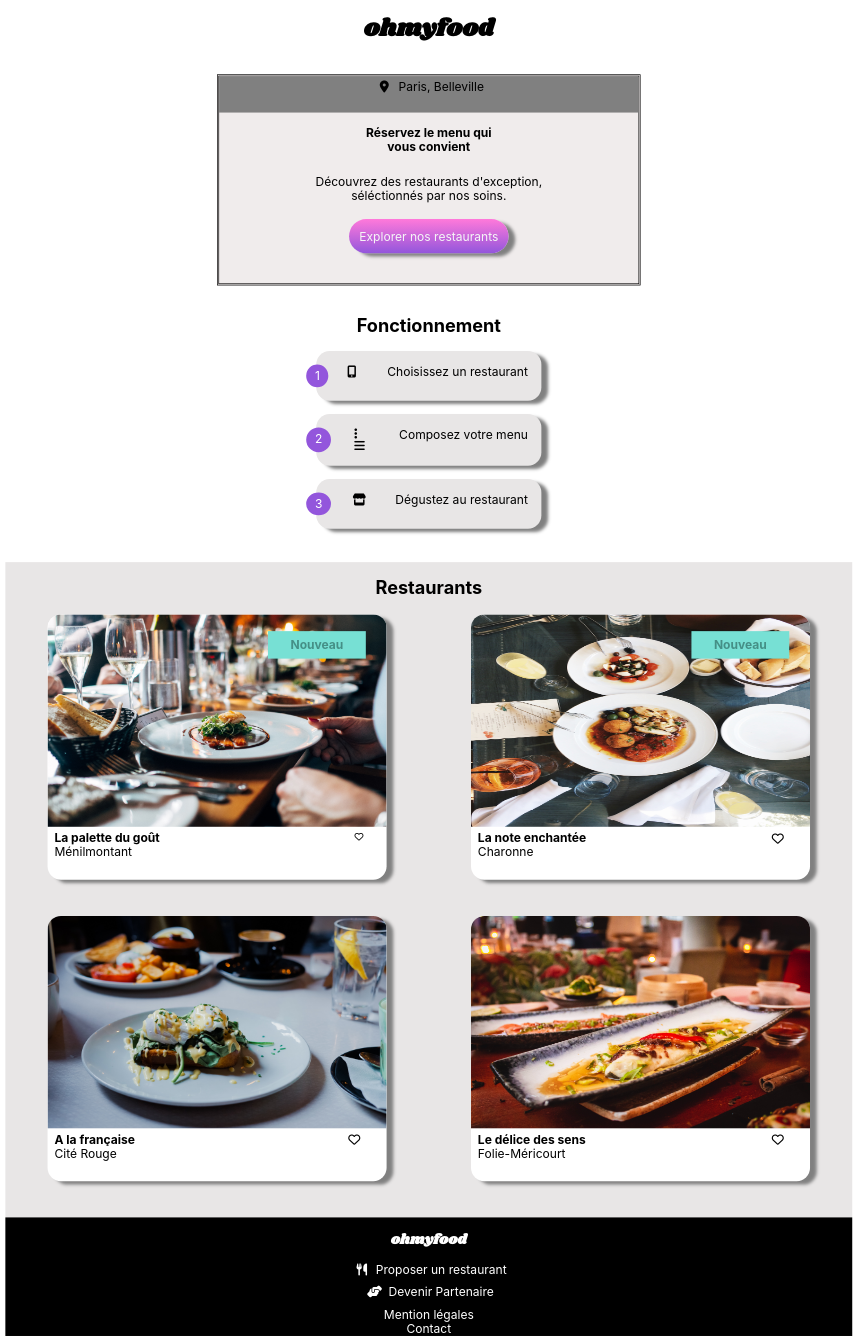
Repository: yacinebouk/ohmyfood
Page: index.html
These files come from the project's save history. The page is drawn as it stood at one moment and after the next save; the edit follows.
The browser window is 1280 px wide. The pictures show the whole page, at 67% of full size.
Some web libraries are served in a nearby version. The style sheet was rebuilt from its Sass, Less or Tailwind sources for each picture, by a compiler version that may differ from the author's.

Above is the page before, as saved 2022-07-07 17:09:07.

### index.html
<!DOCTYPE html>
<html lang="fr">

<head>
    <script src="https://kit.fontawesome.com/225bbe1e2d.js" crossorigin="anonymous"></script>
    <meta charset="utf-8" />
    <title>ohmyfood</title>
    <link rel="stylesheet" href="css/styles.css" />
    <meta name="viewport" content="width=device-width, initial-scale=1">

</head>

<body>
    <div class="hide">
        <div class="loader"></div>
    </div>
    <main>
        <header>
            <h1 class="Tittle">ohmyfood</h1>
            <div class="search">
                <div class="town"> <span><i class="fa-solid fa-location-dot"></i></span> Paris, Belleville</div>
                <div class="reservation"> <b> Réservez le menu qui <br> vous convient</b> </div>
                <div class="discover">Découvrez des restaurants d'exception, <br> séléctionnés par nos soins.</div>
                <div class="explore">
                    <span class="explore-text">Explorer nos restaurants</span>
                </div>
            </div>
        </header>
        <section class="section-working">
            <div class="working">
                <h2>Fonctionnement</h2>
                <div class="choose">
                    <div class="number">1</div>
                    <div class="logo-work"> <i class="fa-solid fa-mobile-screen-button"></i></div>
                    <div class="text-work"> Choisissez un restaurant</div>
                </div>
                <div class="compose">
                    <div class="number">2</div>
                    <div class="logo-work"><i class="fa-solid fa-ellipsis-vertical"><i class="fa-solid fa-bars"></i></i>
                    </div>
                    <div class="text-work"> Composez votre menu</div>
                </div>
                <div class="taste">
                    <div class="number">3</div>
                    <div class="logo-work"><i class="fa-solid fa-store"></i>
                    </div>
                    <div class="text-work"> Dégustez au restaurant</div>
                </div>
            </div>
        </section>
        <section class="section-restaurant">
            <div class="restaurant">
                <h2>Restaurants</h2>
                <div class="block-restaurant">
                    <div class="border-restaurant">
                        <div class="block-picture">
                            <div class="new"><b>Nouveau</b></div>
                            <div class="picture-restaurant"> <img src="./images/restaurants/jay-wennington-N_Y88TWmGwA-unsplash.jpg" style="height:100%;width: 100%" alt="Ohmyfood"></div>
                        </div>
                        <div class="block-text">
                            <div class="text">
                                <a href="./palette.html">
                                    <div class="title-restaurant"><b> La palette du goût</b>
                                    </div>
                                    <div class="place-restaurant"> Ménilmontant</div>
                                </a>
                            </div>
                            <div class="heart">
                                <button>
                                <span class="heart-regular"><i class="fa-regular fa-heart"></i></span>
                                <span class="heart-solid"><i class="fa-solid fa-heart"></i></span>
                                </button>
                            </div>
                        </div>
                    </div>
                    <div class="border-restaurant">
                        <div class="block-picture">
                            <div class="new"><b>Nouveau</b></div>
                            <div class="picture-restaurant"> <img src="./images/restaurants/stil-u2Lp8tXIcjw-unsplash.jpg" style="height:100%;width: 100%" alt="Ohmyfood"></div>
                        </div>
                        <div class="block-text">
                            <div class="text">
                                <a href="./noteenchanté.html">
                                    <div class="title-restaurant"><b> La note enchantée</b>
                                    </div>
                                    <div class="place-restaurant"> Charonne</div>
                                </a>
                            </div>
                            <div class="heart">
                                <span class="heart-regular"><i class="fa-regular fa-heart"></i></span>
                                <span class="heart-solid"><i class="fa-solid fa-heart"></i></span>
                            </div>
                        </div>
                    </div>
                    <div class="border-restaurant">
                        <div class="block-picture">
                            <div class="picture-restaurant"> <img src="./images/restaurants/toa-heftiba-DQKerTsQwi0-unsplash.jpg" style="height:100%;width: 100%" alt="Ohmyfood"></div>
                        </div>
                        <div class="block-text">
                            <div class="text">
                                <a href="./francaise.html">
                                    <div class="title-restaurant"><b>A la française</b>
                                    </div>
                                    <div class="place-restaurant"> Cité Rouge</div>
                                </a>
                            </div>
                            <div class="heart">
                                <span class="heart-regular"><i class="fa-regular fa-heart"></i></span>
                                <span class="heart-solid"><i class="fa-solid fa-heart"></i></span>
                            </div>
                        </div>
                    </div>
                    <div class="border-restaurant">
                        <div class="block-picture">
                            <div class="picture-restaurant"> <img src="./images/restaurants/louis-hansel-shotsoflouis-qNBGVyOCY8Q-unsplash.jpg" style="height:100%;width: 100%" alt="Ohmyfood"></div>
                        </div>
                        <div class="block-text">
                            <div class="text">
                                <a href="./ledélice.html">
                                    <div class="title-restaurant"><b>Le délice des sens</b></div>
                                    <div class="place-restaurant">Folie-Méricourt</div>
                                </a>
                            </div>
                            <div class="heart">
                                <span class="heart-regular"><i class="fa-regular fa-heart"></i></span>
                                <span class="heart-solid"><i class="fa-solid fa-heart"></i></span>
                            </div>
                        </div>
                    </div>
                </div>
            </div>
        </section>
        <footer>
            <div class="frame-end">
                <h3 class="little-tittle">ohmyfood </h3>
                <div class="end">
                    <div class="propose"> <i class="fa-solid fa-utensils"></i> Proposer un restaurant</div>
                    <div class="partner"> <i class="fa-solid fa-handshake-angle"></i> Devenir Partenaire</div>
                    <div class="mention">Mention légales</div>
                    <div class="contact">
                        <a href="mailto:yacineboukhari@hotmail.com">Contact</a></div>
                </div>
            </div>
        </footer>
    </main>
</body>

### style/styles.scss
main {
    font-size: 18px;
    font-family: -apple-system, BlinkMacSystemFont, 'Segoe UI', Roboto, Oxygen, Ubuntu, Cantarell, 'Open Sans', 'Helvetica Neue', sans-serif;
}

@font-face {
    font-family: 'Shrikhand';
    src: url('../language/Shrikhand-Regular.otf');
}

h1 {
    font-family: 'Shrikhand';
}

h3 {
    font-family: 'Shrikhand';
}

h2 {
    text-align: center;
}

header {
    text-align: center;
}

@mixin shadow {
    box-shadow: grey 10px 5px 5px;
}

@mixin block {
    display: flex;
    flex-direction: row;
    justify-content: space-between;
    padding-bottom: 40px;
    @include shadow;
    background-color: rgb(232, 230, 230);
    border-radius: 20px 20px;
    padding: 20px 20px 20px 0px;
    width: 25%;
    margin: auto;
}

.logo-img {
    padding-bottom: 20px;
}

.search {
    border: double;
    margin-left: 25%;
    margin-right: 25%;
    background-color: rgb(240, 236, 236);
    padding-bottom: 20px;
}

.town {
    padding-bottom: 15px;
    border-bottom: lightgray 2px;
    padding-top: 5px;
    background-color: grey;
}

.reservation {
    padding-top: 20px;
    padding-bottom: 30px
}

.discover {
    padding-bottom: 40px;
}

.explore {
    padding-bottom: 40px;
}

.explore span {
    @include shadow;
    background: linear-gradient(#FF79DA, #9356DC);
    border-radius: 50px 50px;
    padding: 15px;
    color: #f6f6f6;
}

.working {
    padding-top: 20px;
    display: flex;
    justify-content: center;
    flex-direction: column;
}

.number {
    border: #9356DC solid;
    border-radius: 50%;
    background-color: #9356DC;
    padding: 3px 10px 3px 10px;
    color: white;
    margin-left: -15px;
}

.choose {
    @include block;
    margin-bottom: 20px;
    &:hover {
        .logo-work {
            color: #9356DC;
        }
        background-color: #d8cee4;
    }
}

.compose {
    @include block;
    margin-bottom: 20px;
    &:hover {
        .logo-work {
            color: #9356DC;
        }
        background-color: #d8cee4;
    }
}

.taste {
    @include block;
    margin-bottom: 50px;
    &:hover {
        .logo-work {
            color: #9356DC;
        }
        background-color: #d8cee4;
    }
}

.section-restaurant {
    display: flex;
    flex-direction: column;
    background-color: rgb(232, 230, 230);
}

h1 {
    text-align: center;
    padding-bottom: 20px;
}

.block-restaurant {
    display: flex;
    flex-wrap: wrap;
    height: 900px;
    width: 100%;
    justify-content: space-around;
}

.border-restaurant {
    width: 40%;
    height: 44%;
    overflow: hidden;
    @include shadow;
    background-color: white;
    border-radius: 20px 20px;
}

.picture-restaurant {
    height: 80%;
}

.text {
    padding-left: 10px;
    display: flex;
    flex-direction: column;
    width: 100%;
}

.text a {
    text-decoration: none black;
    color: black;
}

.block-text {
    display: flex;
    place-items: flex-end;
    justify-content: space-between;
}

//
.heart {
    height: 100%;
    width: 100px;
    margin-bottom: auto;
    min-height: 48px;
    display: flex;
    justify-content: center;
    align-items: center;
    cursor: pointer;
    button {
        width: 100%;
        height: 100%;
        background-color: transparent;
        background-repeat: no-repeat;
        display: flex;
        justify-content: center;
        align-items: center;
        cursor: pointer;
        border: none;
        cursor: pointer;
        overflow: hidden;
        outline: none;
        &:focus {
            .heart-solid {
                animation: 3s colorin;
                display: flex;
            }
            .heart-regular {
                display: none;
            }
        }
    }
}

.heart-solid {
    display: none;
    font-weight: 900;
    background-clip: text;
    -webkit-background-clip: text;
    -moz-background-clip: text;
    background-image: linear-gradient(#9356DC, #FF79DA);
    -webkit-text-fill-color: transparent;
}

i {
    width: 32px;
    height: 32px;
}

@keyframes colorin {
    0% {
        visibility: hidden;
        opacity: 0;
    }
    100% {
        visibility: visible;
        opacity: 1;
    }
}

//
@keyframes fadeIn {
    0% {
        visibility: visible;
        opacity: 1;
    }
    100% {
        visibility: hidden;
        opacity: 0;
    }
}

.loader {
    border: 10px solid #f3f3f3;
    border-top: 10px solid red;
    border-bottom: 10px solid blue;
    border-radius: 50%;
    width: 100px;
    height: 100px;
    margin: auto;
    position: absolute;
    top: 0;
    left: 0;
    right: 0;
    bottom: 0;
    -webkit-animation: spin 1.5s linear infinite;
    -o-animation: spin 1.5s linear infinite;
    animation: spin 1.5s linear infinite;
}

.hide {
    animation: 2s fadeIn;
    animation-fill-mode: forwards;
}

main {
    animation: 2s fadeOut;
}

@keyframes fadeOut {
    0% {
        visibility: hidden;
        opacity: 0;
    }
    100% {
        visibility: visible;
        opacity: 1;
    }
}

@keyframes fadeIn {
    0% {
        visibility: visible;
        opacity: 1;
    }
    100% {
        visibility: hidden;
        opacity: 0;
    }
}

@keyframes spin {
    0% {
        transform: rotate(0deg);
    }
    100% {
        transform: rotate(360deg);
    }
}

.frame-end {
    text-align: center;
    background-color: black;
    color: white;
    display: flex;
    flex-direction: column;
}

.little-picture {
    height: 20px;
}

.contact a {
    text-decoration: none white;
    color: white;
}

.block-picture {
    position: relative;
    height: 80%;
}

.picture-restaurant {
    height: 100%;
}

.new {
    color: rgb(69, 143, 134);
    background-color: rgb(119, 224, 212);
    width: 25%;
    position: absolute;
    text-align: center;
    margin-left: 65%;
    margin-top: 5%;
    padding: 10px;
}

@media screen and (min-width: 320px) and (max-width: 768px) {
    main {
        font-size: 20px;
    }
    body {
        margin: 0;
        width: 100%;
    }
    header {
        width: 100%;
    }
    .logo-img {
        padding-bottom: 10px;
    }
    .search {
        border: none;
        margin: 0;
        width: 100%;
    }
    .town {
        padding-top: 5px;
        background-color: rgb(216, 214, 214);
        border-bottom: none;
        border-top: solid 2px grey;
    }
    .reservation {
        font-size: 24px;
        padding-bottom: 20px;
    }
    h1 {
        text-align: center;
    }
    h2 {
        text-align: initial;
    }
    h3 {
        margin-left: 20px;
    }
    .working {
        margin-left: 20px;
    }
    .choose {
        margin-left: 0;
        width: 90%;
    }
    .compose {
        margin-left: 0;
        width: 90%;
    }
    .taste {
        margin-left: 0;
        width: 90%;
    }
    .restaurant {
        margin-left: 20px;
    }
    .block-restaurant {
        height: auto;
        justify-content: unset;
    }
    .border-restaurant {
        width: 95%;
        height: 40%;
        margin-bottom: 20px;
    }
    .picture-restaurant {
        height: 200px;
        width: 100%;
    }
    .block-text {
        padding: 10px;
    }
    .frame-end {
        text-align: initial;
    }
    .end {
        display: flex;
        justify-content: space-around;
        flex-direction: column;
        margin-left: 20px;
    }
    .contact {
        padding-bottom: 20px;
    }
}

@media screen and (min-width: 769px) and (max-width: 991px) {
    .choose {
        width: 32%;
        margin-left: 34%;
    }
    .compose {
        width: 32%;
        margin-left: 34%;
    }
    .taste {
        width: 32%;
        margin-left: 34%;
    }
}

After the next save:
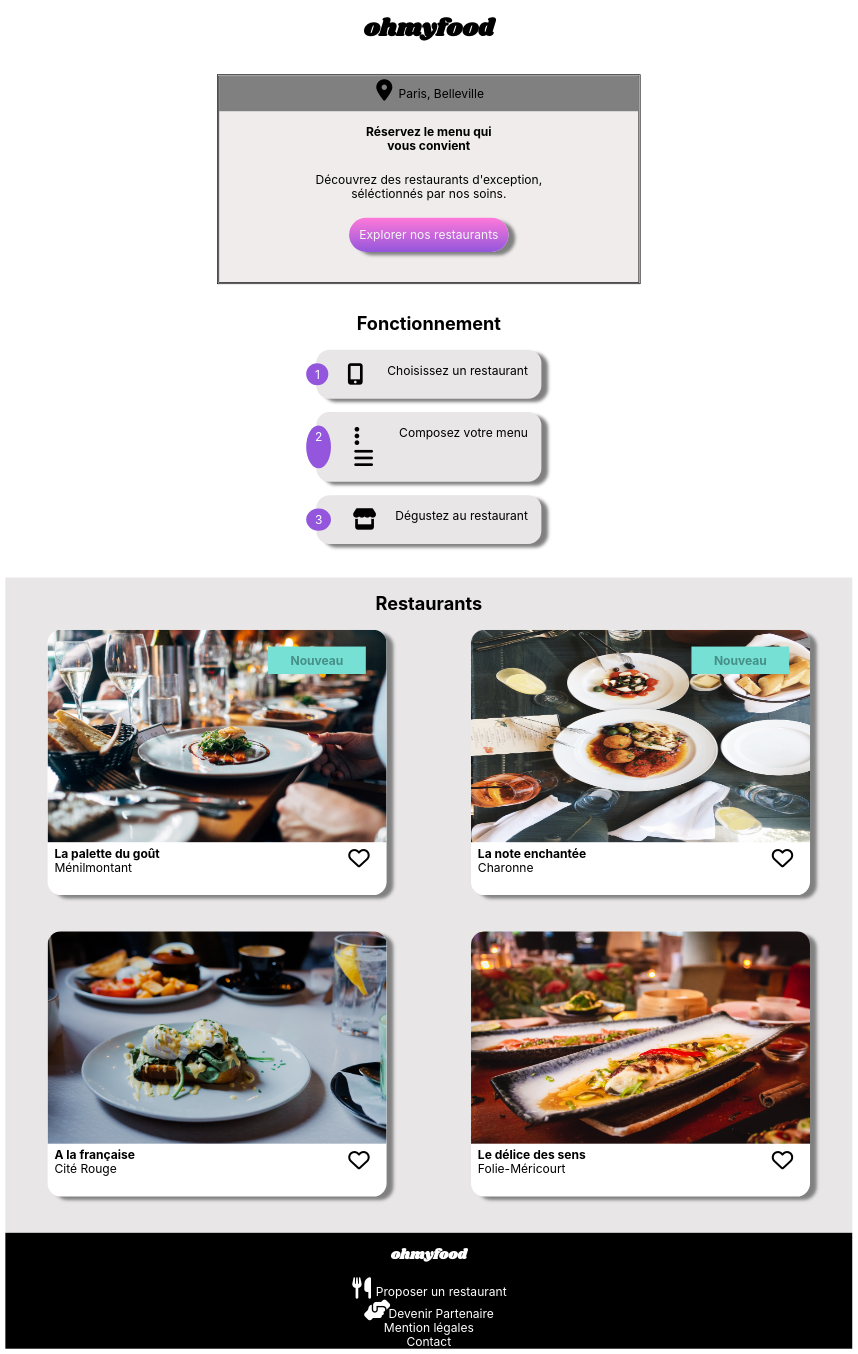
Saved 25 s later.
--- a/style/styles.scss
+++ b/style/styles.scss
@@ -228,6 +228,7 @@ h1 {
 i {
     width: 32px;
     height: 32px;
+    font-size: 32px;
 }
 
 @keyframes colorin {
